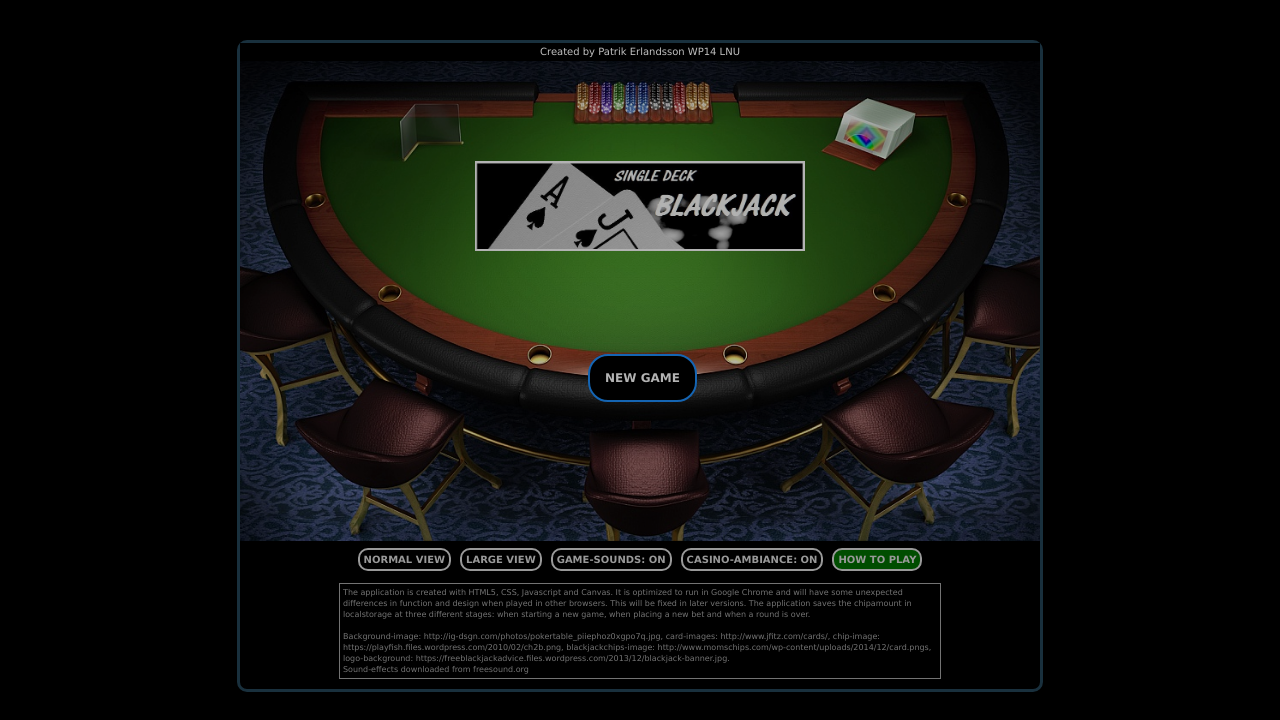
Repository: pat-erl/pe22dw.github.io
Page: index.html
The author's editor kept a record of every edit. The page is drawn from the files as they stood at one moment, then again after the next edit.
The browser window is 1280 px wide. The pictures show the whole page.

Above is the page before.
Console error: TypeError: GameProgress.retrieve is not a function

After the next edit:
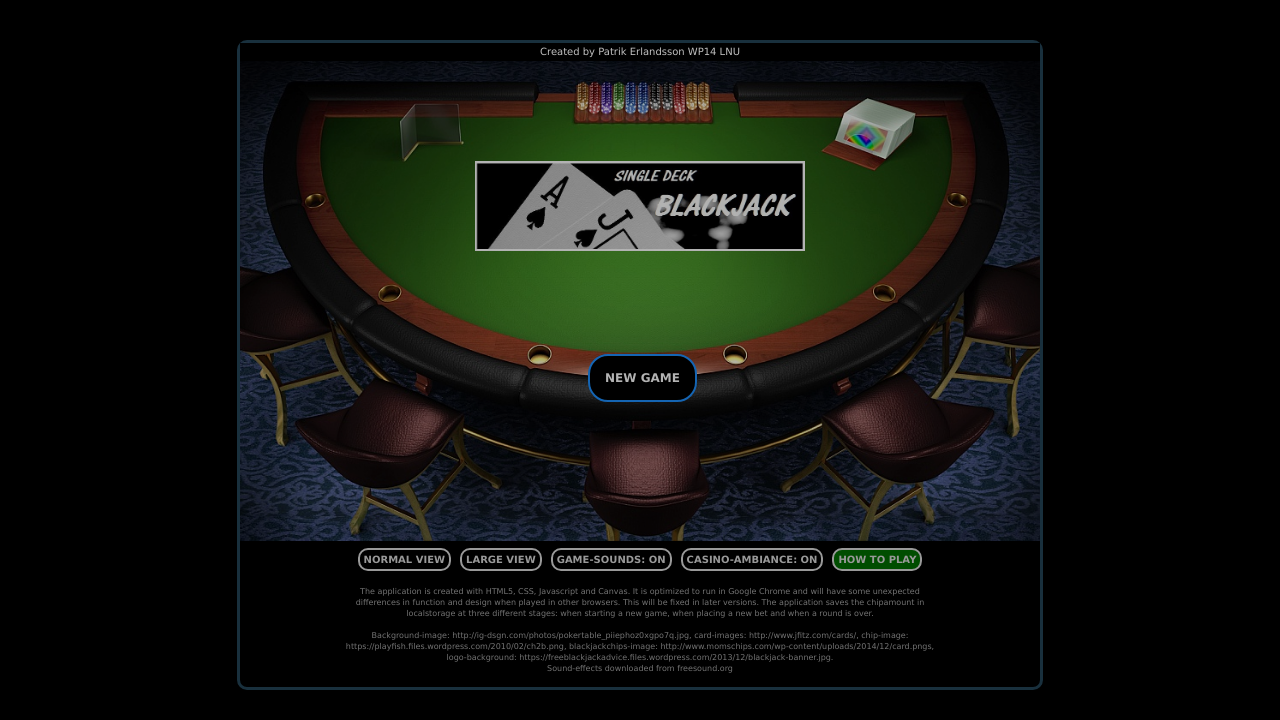
The edit:
--- a/css/style.css
+++ b/css/style.css
@@ -580,10 +580,8 @@
 	width: 600px;
 	margin-top: 5px;
 	margin-bottom: 10px;
-	border-style: solid;
-	border-color: silver;
-	border-width: 1px;
 	opacity: 0.6;
+	text-align: center;
 }
 
 #applicationinfotext{
